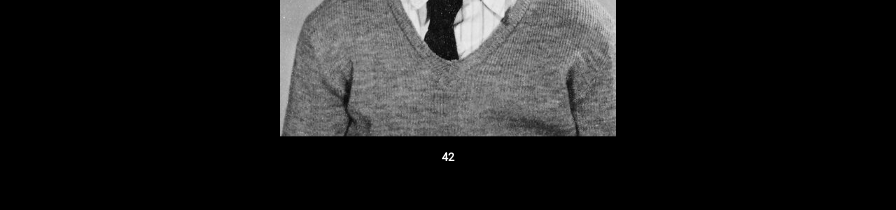
Repository: Domehead123/quiz
Page: index.html
The author's editor kept a record of every edit. The page is drawn from the files as they stood at one moment, then again after the next edit.
The browser window is 1280 px wide. The pictures show the part of the page from y = 3884 to 5804 px (the page is 4184 px tall before and 9084 px after), at 70% of full size.

Above is the page before.

### index.html
<!DOCTYPE html>
<html lang="en">
<head>
    <meta charset="UTF-8">
    <meta name="viewport" content="width=device-width, initial-scale=1.0">
    <meta http-equiv="X-UA-Compatible" content="ie=edge">
    <link href="https://fonts.googleapis.com/css2?family=Righteous&family=Roboto&display=swap" rel="stylesheet">
    <link rel="stylesheet" href="style.css" type="text/css" />
    <title>Quiz</title>
</head>
<body>

<div class="container">
    <h1>Quiz</h1>
    <p>Fifty questions. You can google the answers if you want, but you may have to do a bit more detective work.</p>
    <p>The answers will appear here at 7pm on Sunday 10 May.</p>
    </div>

    <div class="section one">
        <div class="container">
        <h2>Number Abbreviations</h2>


        <p>e.g 7 D in a W = 7 Days in a Week</p>
        <ol>
        <li>12 S of the Z</li>
<li>1000 Y in a M</li>
<li>13 in a B D</li>
<li>S W of H the E</li>
<li>86,400 S in a D</li>
<li>21 D on a 6-S D</li>
<li>An O has 3 H and up to 9 B</li>
<li>H normally have 23 P of C</li>
<li>12 A have W on the M</li>
<li>42 was the A to L, the U and E</li>
</ol>
        </div>
    </div>

        <div class="section two">
        <div class="container">
        <h2>Anagrams</h2>



        <ol start="11">
        <li>Prod Tonally (Singer)</li>
<li>Ablutions (Sportsman)</li>
<li>Bionic Drama (Politician)</li>
<li>A Nude Rove (TV programme)</li>
<li>Smearing Pro (TV Presenter)</li>
<li>Easily Corona (Film)</li>
<li>Gushing Therewith Book)</li>
<li>Actions Anew (Scientist)</li>

</ol>
        </div>
    </div>


        <div class="section three">
        <div class="container">
              <h2>Sequences</h2>
   <p>What comes next?</p>
        <ol start="21">
        <li>M, V, E, M, J, S, U, ____</li>
 <li>William, Patrick, Jon, Tom, Peter, Colin, ____</li>
 <li>2, 5, 10, 17, 26, 37, ____</li>
 <li>Sergeant, Nurse, Teacher, Constable, ____</li>
 <li>Wood, Tin, Crystal, Porcelain, ____</li>
 <li>Ghana, Togo, Burkina Faso, Mali, Algeria, Spain, France, ____</li>
 <li>3, 3, 5, 4, 4, 3, 5, 5, 4, ____</li>
 <li>1, 18, 4, 13, 6, ____</li>
 <li>FF0000, FFA500, FFFF00, 008000, 0000FF, 4B0082, ____</li>
 <li>1948, 1982, 2013, 2015, 2018, 1984, 2019, ____</li>

</ol>
        </div>
    </div>


        <div class="section four">
        <div class="container">
        <h2>Connections</h2>


        <p>What connects these things? (You really need to think laterally for this)</p>
        <ol start="4">
        <li>Irving Berlin, Bob Hope, Hal Roach, Princess Alice – Duchess of Gloucester</li>
<li>Shakespeare, Blakes 7, Anthony Eden, cosmetics</li>
<li>Brackley, Exeter, Newcastle</li>
<li>The Beatles, chess, New Zealand, Commodore</li>
<li>The Beatles, Sinbad and the Eye of the Tiger, moustache, Lewis Caroll</li>
<li>Argentine, pager, wiki, onager</li>
<li>Laurel and Hardy, Big Brother, Dracula, the Hound of the Baskervilles, Cybernauts, Daleks, Death Star</li>
<li>A berkshire boar, a 1960s TV spy, cognac, a card game</li>
<li>Holly Golightly, FDR, Jim Carrey, Grace Adler</li>
<li>Bombing of Hiroshima, a Serbian-American inventor, Louise Brooks, La Pucelle d'Orléans</li>
</ol>
        </div>
    </div>

        <div class="section five">
        <div class="container">
        <h2>Pictures</h2>


        <p>Who are they?</p>

<div class="image">
    <img src="images/1.jpg">
    <p>41</p>
</div>
<div class="image">
    <img src="images/2.jpg">
    <p>42</p>
</div>
        </div>
    </div>


</body>
</html>

### style.css
body {
font-family: 'Roboto', sans-serif;
background: #000;
color: #fff;
margin: 0;
text-align: center;
}

.container {
    width: 80%;
    margin: 0 auto;
}

p {
    font-weight: bold;
}

h1 {
font-family: 'Righteous', cursive;
font-size: 5em;
}

h2 {
font-family: 'Righteous', cursive;
font-size: 2em;
}


.section {
    padding: 30px 0 50px 0;
}

.one {
    background: #333;
    margin-top: 70px;
}

.two {
    background: #666;
}

.one {
    background: #333;
    margin-top: 70px;
}

.one {
    background: #333;
    margin-top: 70px;
}

.one {
    background: #333;
    margin-top: 70px;
}


ol {
    width: 60%;
    text-align: left;
    margin: 0 auto;
}

li  {
margin: 10px 0 ;
}
}

After the next edit:
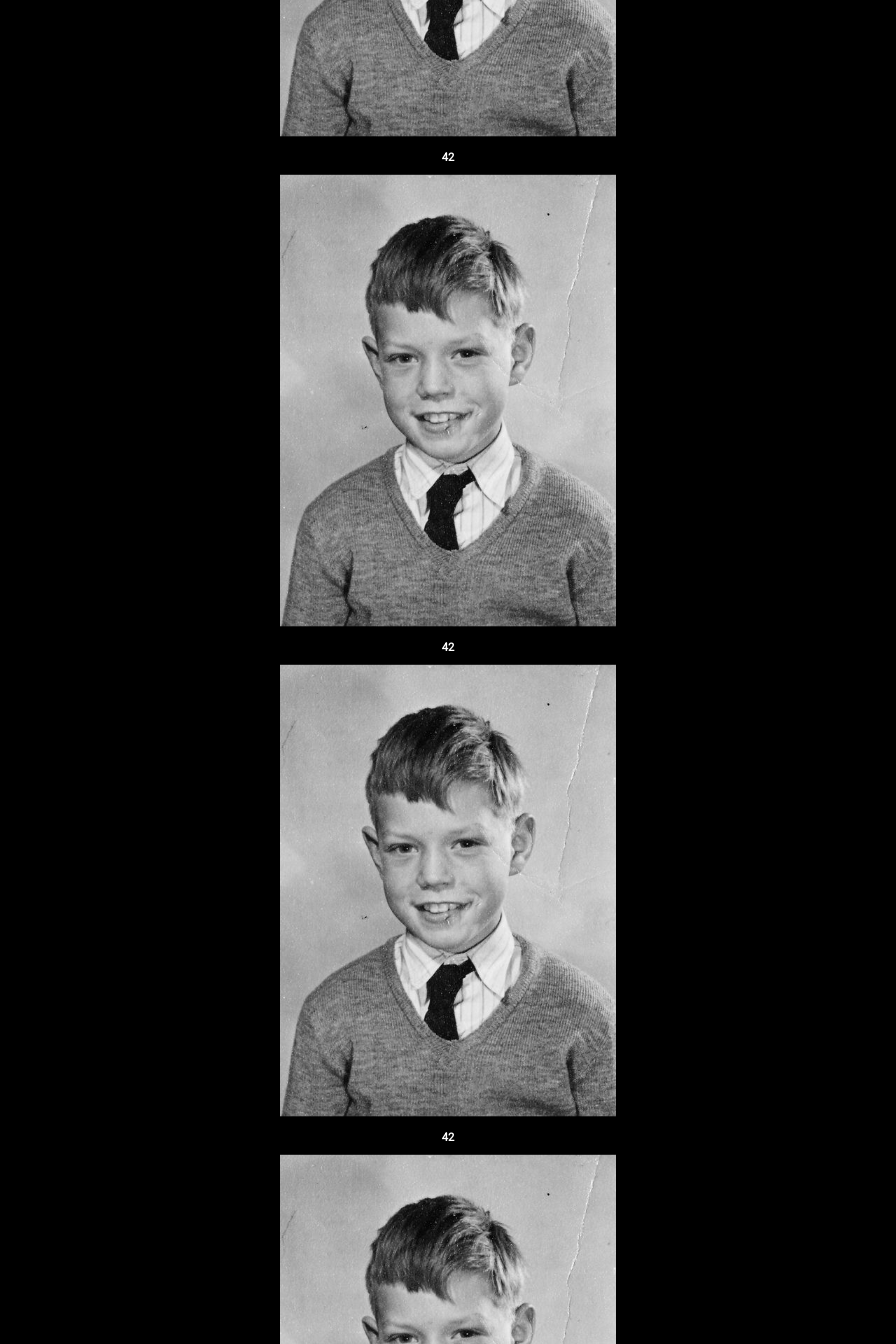
The edit:
--- a/index.html
+++ b/index.html
@@ -115,6 +115,34 @@
     <img src="images/2.jpg">
     <p>42</p>
 </div>
+<div class="image">
+    <img src="images/2.jpg">
+    <p>42</p>
+</div>
+<div class="image">
+    <img src="images/2.jpg">
+    <p>42</p>
+</div>
+<div class="image">
+    <img src="images/2.jpg">
+    <p>42</p>
+</div>
+<div class="image">
+    <img src="images/2.jpg">
+    <p>42</p>
+</div>
+<div class="image">
+    <img src="images/2.jpg">
+    <p>42</p>
+</div>
+<div class="image">
+    <img src="images/2.jpg">
+    <p>42</p>
+</div>
+<div class="image">
+    <img src="images/2.jpg">
+    <p>42</p>
+</div>
         </div>
     </div>
 
